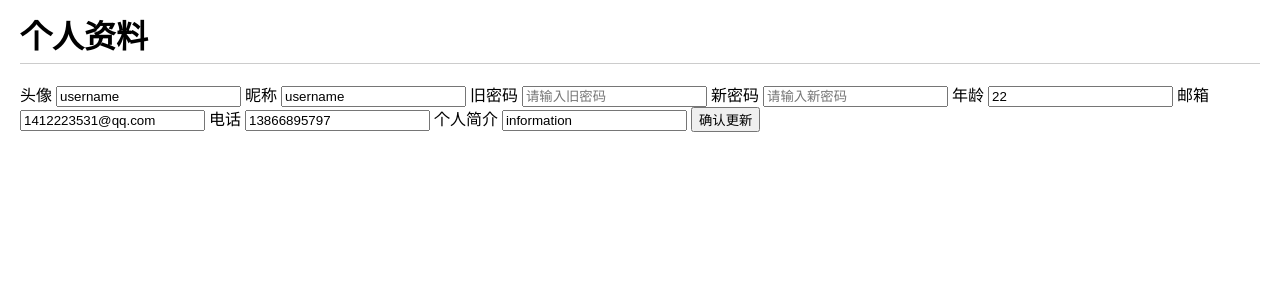
Repository: pine-chen/blog
Page: nodeJS-blog/html-test/information.html
An editor plug-in stored every save of this project. The page is shown before and after the next save, followed by the edit.
The browser window is 1280 px wide. The pictures show the whole page.

Above is the page before, as saved 2019-12-30 19:42:38.

After the next save:
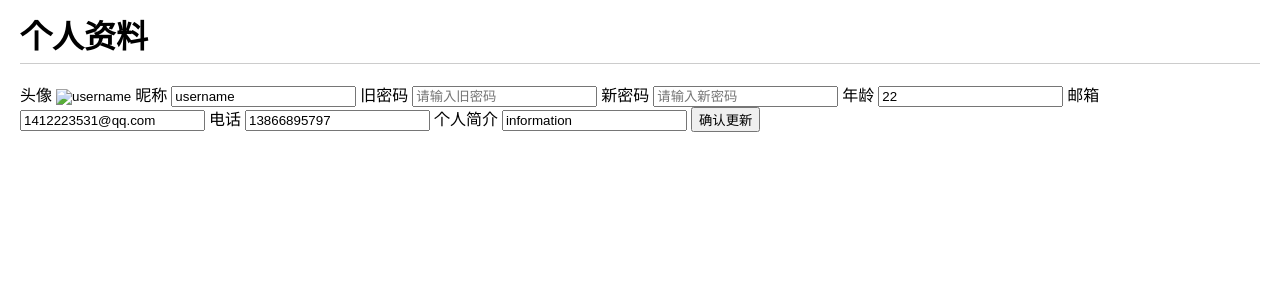
Saved 45 s later.
--- a/nodeJS-blog/html-test/information.html
+++ b/nodeJS-blog/html-test/information.html
@@ -17,7 +17,7 @@
 
     <div>
         <label>
-            头像 <input type="text" id="textNickname" value="username"/>
+            头像 <input type="image" id="textNickname" value="username"/>
         </label>
         <label>
             昵称 <input type="text" id="textNickname" value="username"/>
